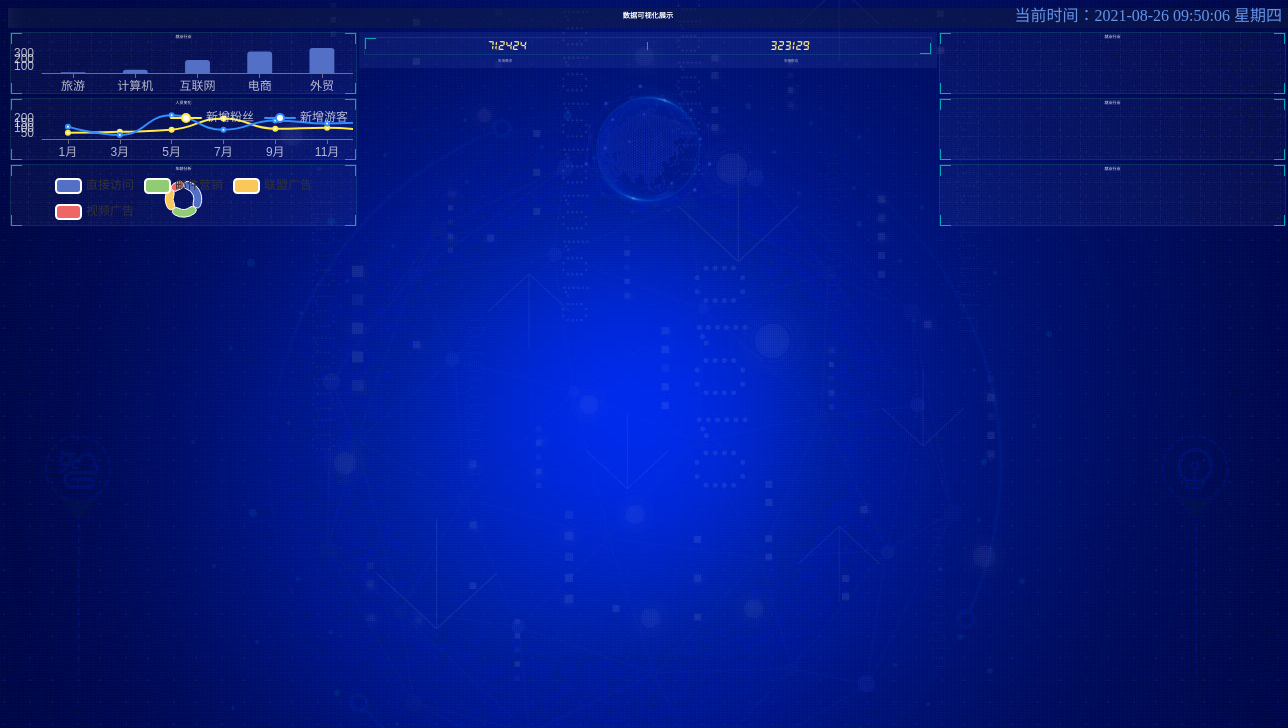
Repository: jiang-1990/DataVM
Page: /
The author's editor kept a copy of each file at every save. The page is drawn from the files as they stood at one save, then again after the next save.
The browser window is 1280 px wide. The page is 1288 px wide, so the pictures cover 1288 px, including what lies to the right of the window. The pictures show the whole page.
The project was rebuilt for these pictures with package versions that can differ from the ones it lists, and the page was loaded fresh each time.

Above is the page before, as saved 2021-08-27 15:14:05.

After the next save:
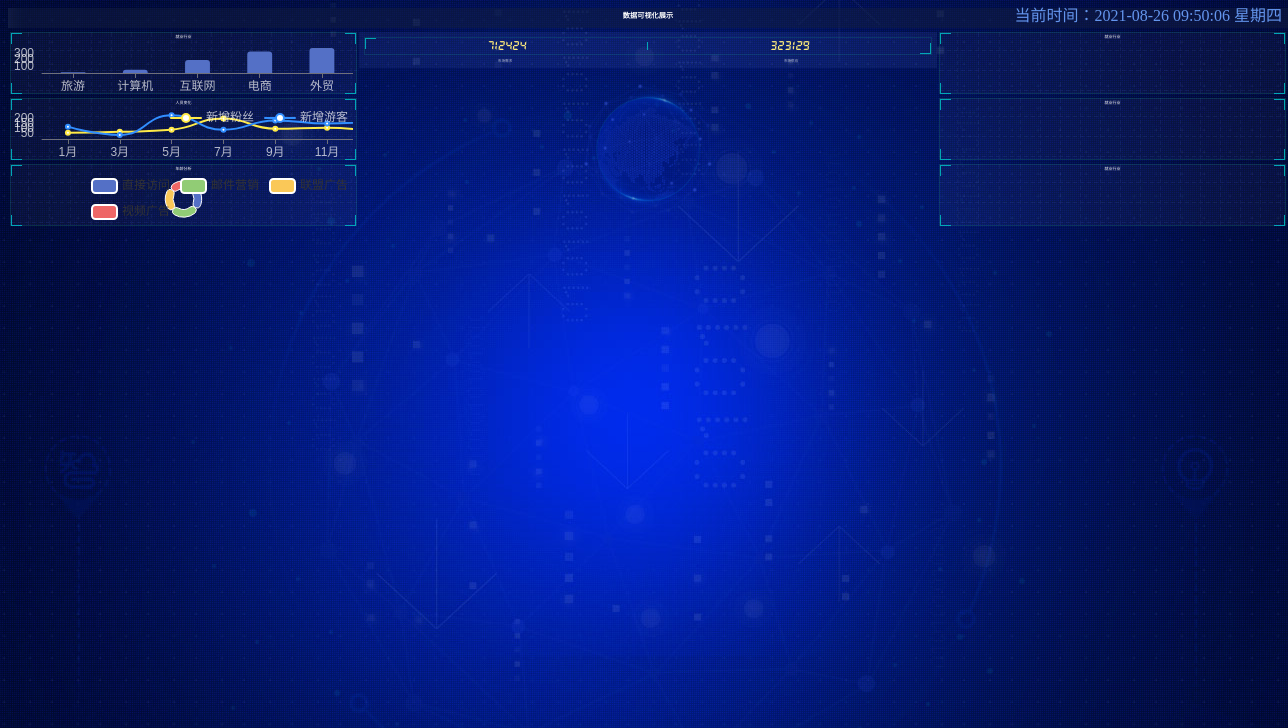
Saved 29 s later.
--- a/src/components/bigScreen.vue
+++ b/src/components/bigScreen.vue
@@ -122,7 +122,7 @@ export default {
         },
         legend: {
           top: "0",
-          left: "center",
+          left: "right",
         },
         series: [
           {
